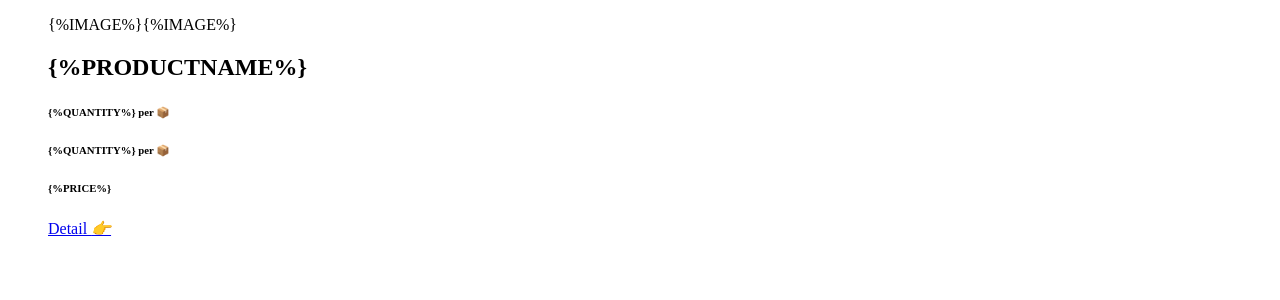
Repository: baolequang94/natour
Page: 1-node-farm/starter/templates/template-card.html
These files come from the project's save history. The page is drawn as it stood at one moment and after the next save; the edit follows.
The browser window is 1280 px wide. The pictures show the whole page.

Above is the page before, as saved 2022-05-25 22:17:44.

After the next save:
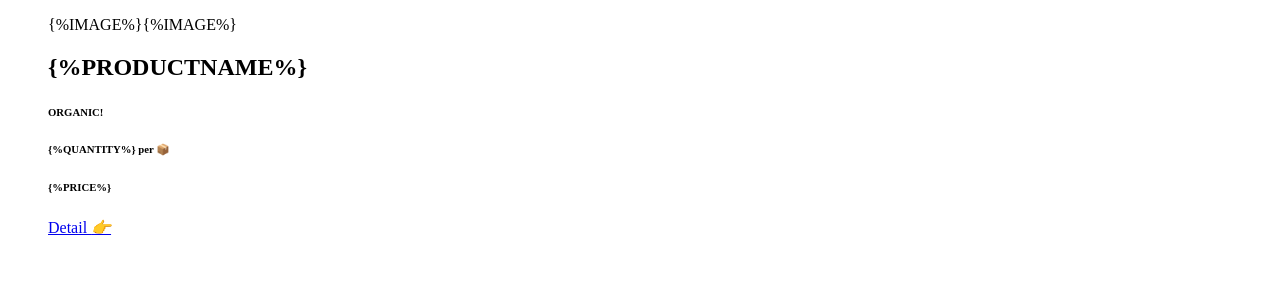
Saved 15 s later.
--- a/1-node-farm/starter/templates/template-card.html
+++ b/1-node-farm/starter/templates/template-card.html
@@ -6,7 +6,7 @@
 
   <div class="card__details">
     <div class="card__detail-box {%NOT_ORGANIC%}">
-      <h6 class="card__detail">{%QUANTITY%} per 📦</h6>
+      <h6 class="card__detail">ORGANIC!</h6>
     </div>
 
     <div class="card__detail-box {%NOT_ORGANIC%}">
